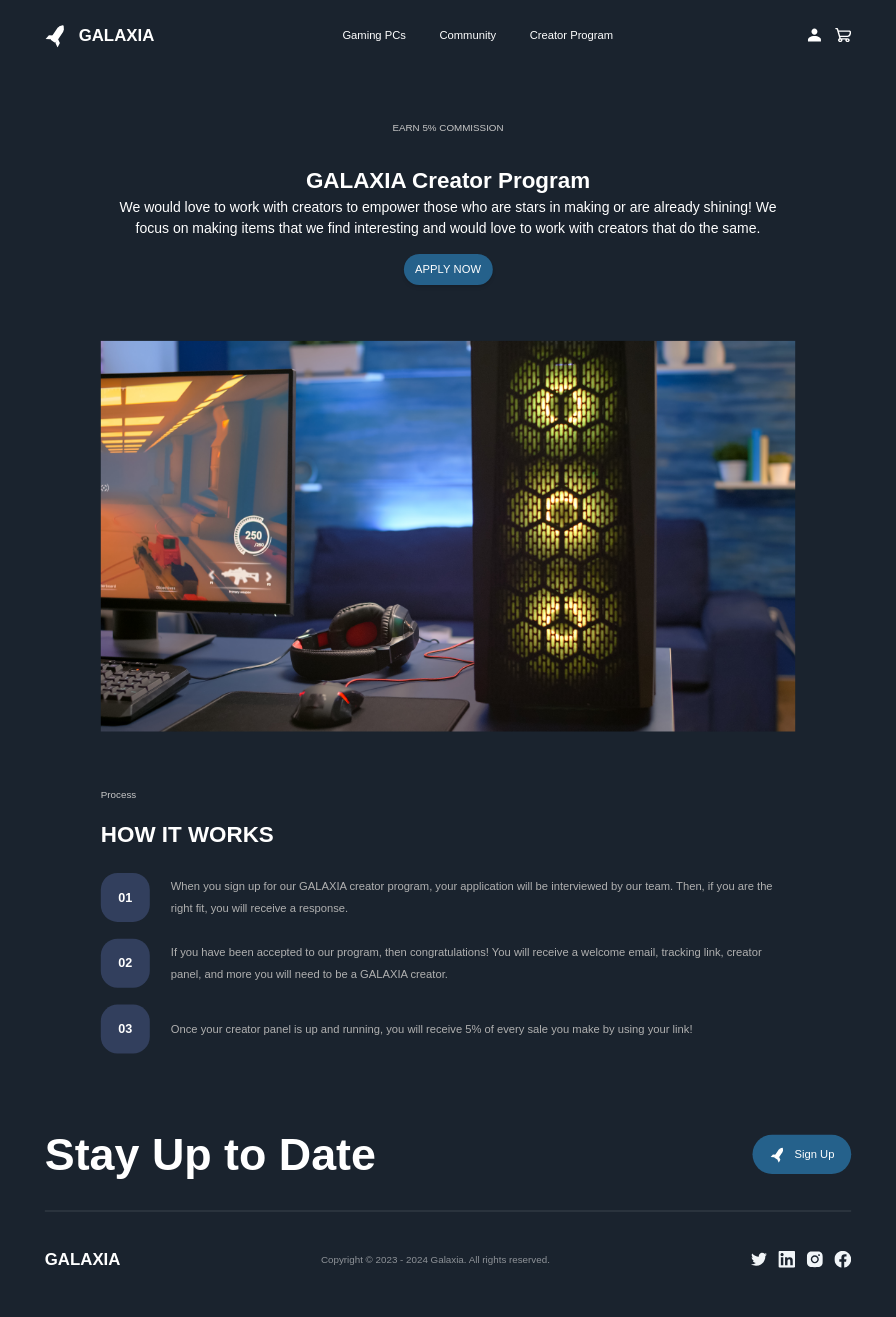
Repository: kaitlynlie/galaxia_pcs
Page: /creator
The author's editor kept a copy of each file at every save. The page is drawn from the files as they stood at one save, then again after the next save.
The browser window is 1280 px wide. The pictures show the whole page, at 70% of full size.
Some web fonts or font styles are not loaded; a fallback is used. The project was rebuilt for these pictures with package versions that can differ from the ones it lists, and the page was loaded fresh each time. Also part of the build but not shown: vite.config.js, components/Button.jsx, components/PCcard.jsx, sections/Hero.jsx, sections/Triton.jsx, sections/Neptune.jsx, sections/Jupiter.jsx, sections/WhyUs.jsx and 7 more. Imported but missing from the stored project, and not drawn on this page: src/assets/video.mp4.

Above is the page before, as saved 2023-08-08 16:02:59.

After the next save:
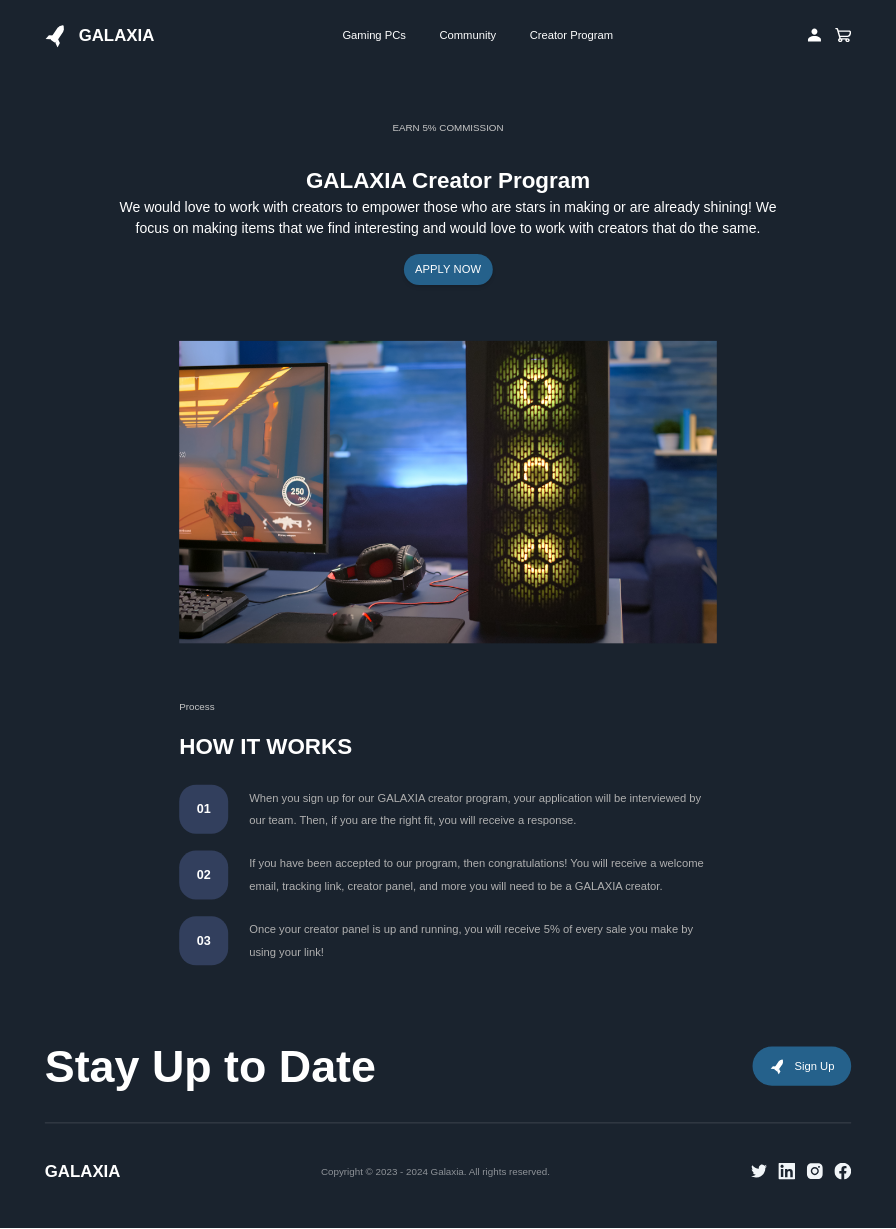
Saved 18 s later.
--- a/sections/Program.jsx
+++ b/sections/Program.jsx
@@ -21,7 +21,7 @@
         </div>
 
         <div
-          className="flex justify-center items-center flex-col mt-20 max-[549px]:px-0 px-20 relative">
+          className="flex justify-center items-center flex-col mt-20 max-[549px]:px-0 px-48 relative">
             <img
                 src='/creator.jpg'
                 alt='creator'

After the save that followed:
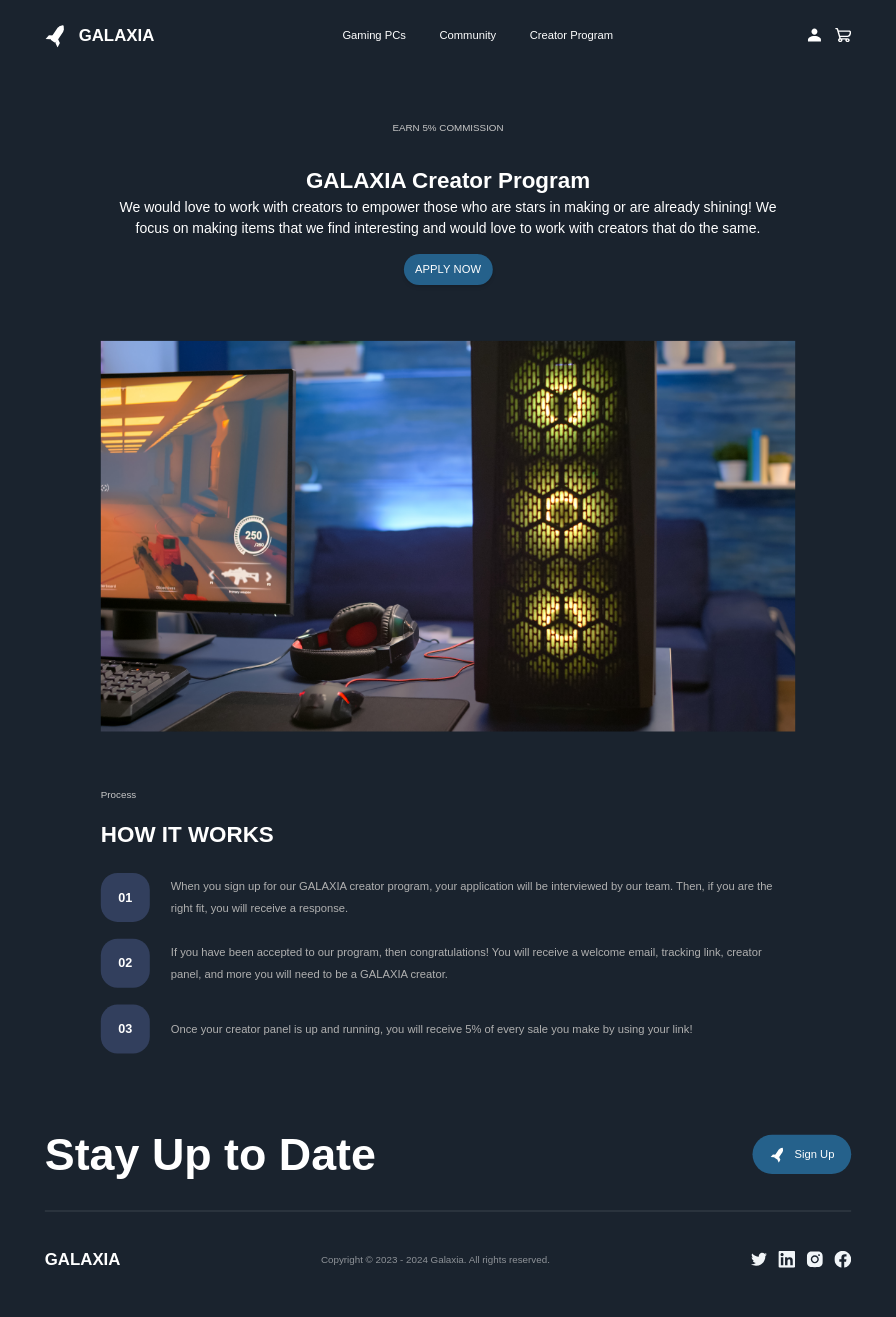
Saved 52 s later.
--- a/sections/Program.jsx
+++ b/sections/Program.jsx
@@ -21,7 +21,7 @@
         </div>
 
         <div
-          className="flex justify-center items-center flex-col mt-20 max-[549px]:px-0 px-48 relative">
+          className="flex justify-center items-center flex-col mt-20 max-[549px]:px-0 px-20 relative">
             <img
                 src='/creator.jpg'
                 alt='creator'
